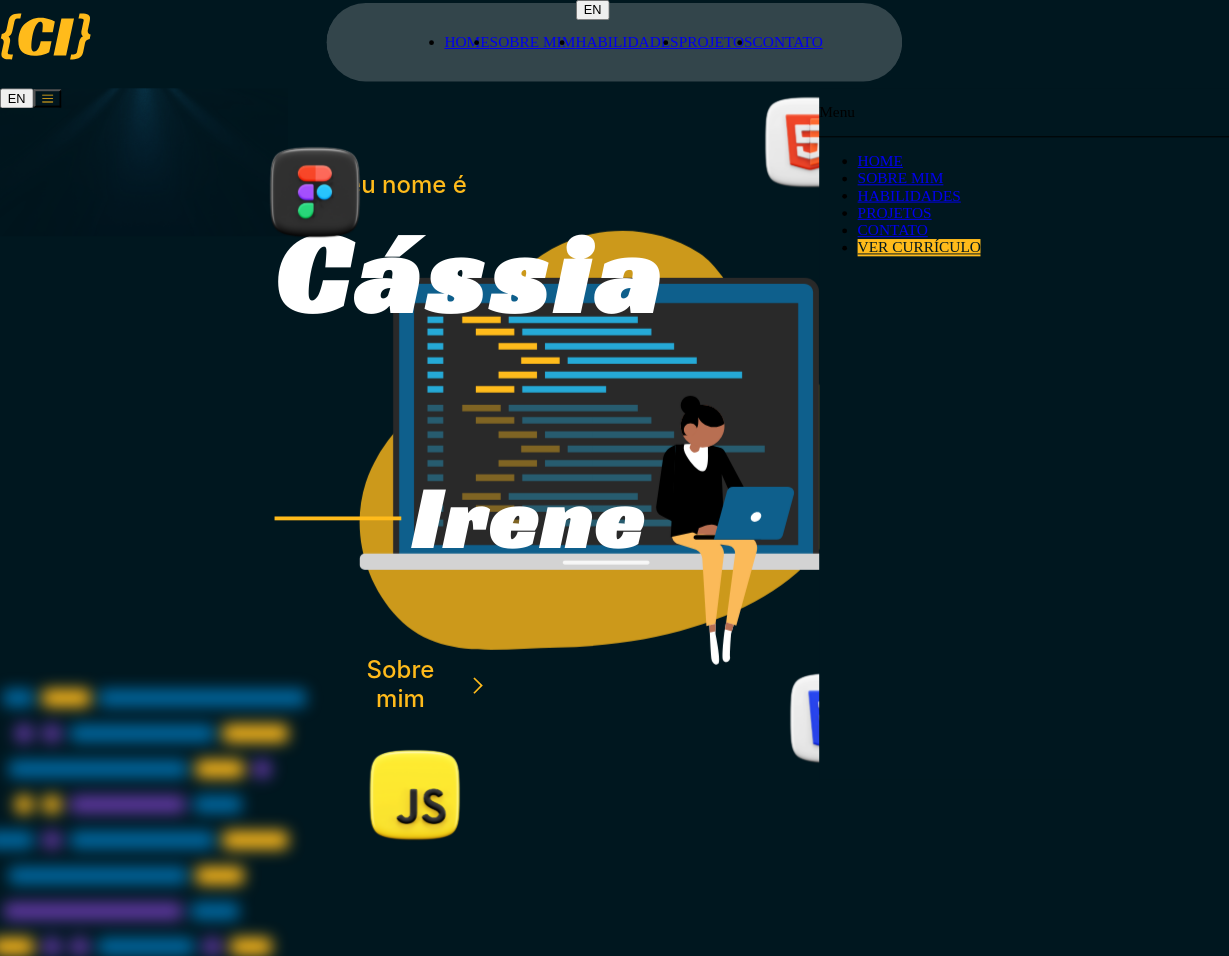
Repository: Cassia-Irene/My-Portfolio
Page: /
The author's editor kept a copy of each file at every save. The page is drawn from the files as they stood at one save, then again after the next save.
The browser window is 1280 px wide. The pictures show the whole page, at 96% of full size.
The project was rebuilt for these pictures with package versions that can differ from the ones it lists, and the page was loaded fresh each time. Also part of the build but not shown: vite.config.ts.

Above is the page before, as saved 2025-12-09 01:28:54.

After the next save:
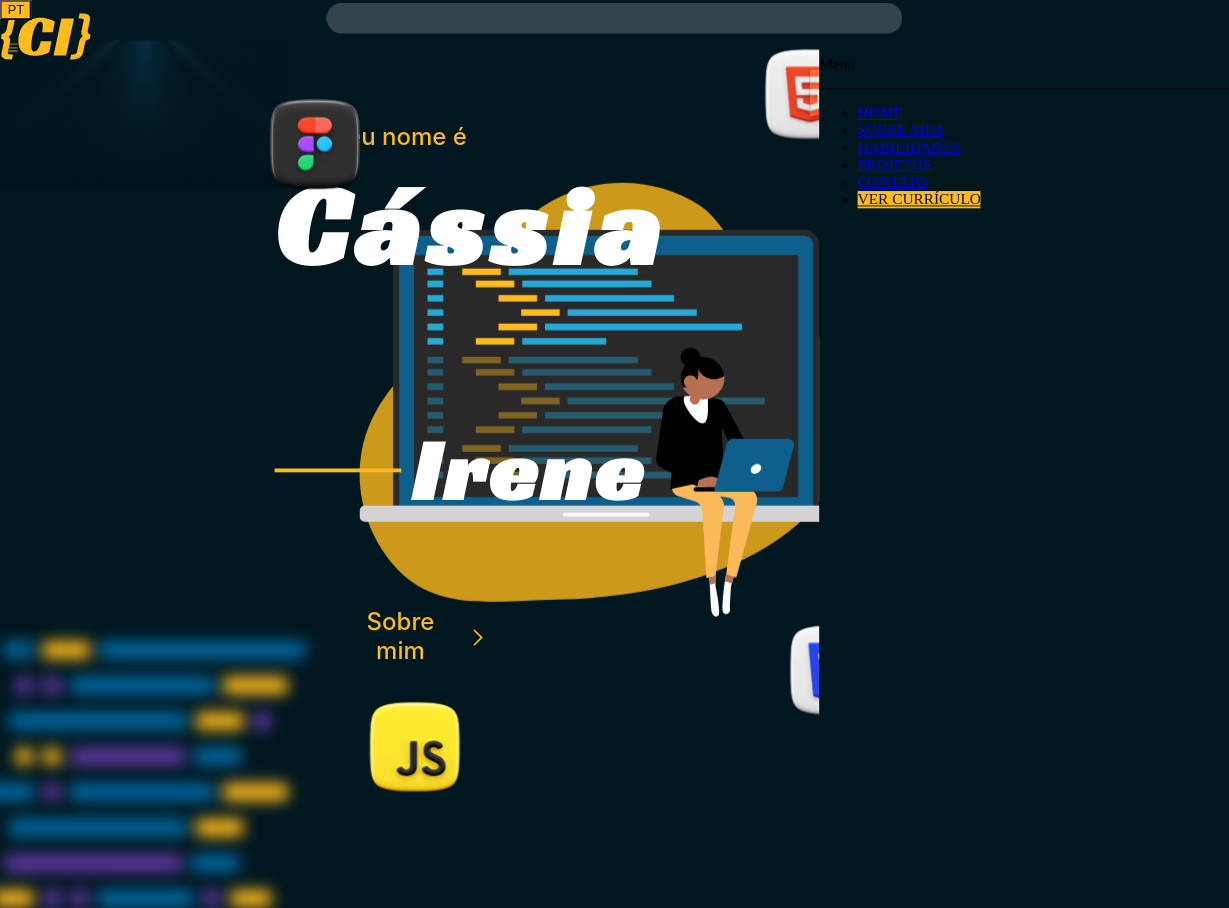
Saved 93 s later.
--- a/src/Header.tsx
+++ b/src/Header.tsx
@@ -3,23 +3,19 @@
 import { IoClose } from "react-icons/io5";
 import StarBorder from "./components/StarBorder";
 
-// Logo
+// Importe sua logo real
 import LogoImg from "../public/logo.svg";
 
 const Header: React.FC = () => {
   const [menuOpen, setMenuOpen] = useState(false);
-  const [lang, setLang] = useState<"pt" | "en">("pt");
-
-  const toggleLanguage = () => {
-    setLang((prev) => (prev === "pt" ? "en" : "pt"));
-  };
+  const [lang, setLang] = useState("PT");
 
   const navItems = [
-    { name: lang === "pt" ? "HOME" : "HOME", id: "section-01" },
-    { name: lang === "pt" ? "SOBRE MIM" : "ABOUT", id: "section-02" },
-    { name: lang === "pt" ? "HABILIDADES" : "SKILLS", id: "section-03" },
-    { name: lang === "pt" ? "PROJETOS" : "PROJECTS", id: "section-04" },
-    { name: lang === "pt" ? "CONTATO" : "CONTACT", id: "section-05" },
+    { name: "HOME", id: "section-01" },
+    { name: "SOBRE MIM", id: "section-02" },
+    { name: "HABILIDADES", id: "section-03" },
+    { name: "PROJETOS", id: "section-04" },
+    { name: "CONTATO", id: "section-05" },
   ];
 
   const scrollToSection = (id: string) => {
@@ -34,7 +30,8 @@
     return (
       <button
         onClick={onClick}
-        className="flex justify-center items-center w-10 h-10 bg-transparent cursor-pointer"
+        className="flex flex-col justify-center items-center w-10 h-10 bg-transparent border-none cursor-pointer"
+        aria-label={active ? "Fechar Menu" : "Abrir Menu"}
       >
         {active ? (
           <IoClose className="text-3xl text-white" />
@@ -47,33 +44,63 @@
 
   return (
     <>
-      {/* ==== LOGO (fixo esquerda) ==== */}
+      {/* LOGO */}
       <a
         href="#top"
-        onClick={() => scrollToSection("top")}
-        className="fixed top-12 left-16 w-[95px] h-[76px] z-[1001]
+        className="fixed top-12 left-16 w-[95px] h-[76px] z-[1001] transition-all duration-300
                    md:w-[80px] md:h-[64px] md:left-10
                    sm:left-5"
+        onClick={() => scrollToSection('top')}
       >
         <img src={LogoImg} alt="Logo Cássia Irene" className="w-full h-full" />
       </a>
 
-      {/* ==== NAV DESKTOP ==== */}
+      {/* BOTÃO DE IDIOMA — DESKTOP (CANTO SUPERIOR DIREITO) */}
+      <button
+        onClick={() => setLang(lang === "PT" ? "EN" : "PT")}
+        className="
+          hidden md:flex
+          fixed top-12 right-16
+          z-[1001]
+          bg-[#FFBB1B] text-[#00171F]
+          px-4 py-2 rounded-xl font-bold
+          hover:bg-yellow-500 transition-all duration-300
+        "
+      >
+        {lang}
+      </button>
+
+      {/* BOTÃO DE IDIOMA — MOBILE (CANTO SUPERIOR ESQUERDO) */}
+      <button
+        onClick={() => setLang(lang === "PT" ? "EN" : "PT")}
+        className="
+          md:hidden
+          fixed top-4 left-4
+          z-[1001]
+          bg-[#FFBB1B] text-[#00171F]
+          px-3 py-1.5 rounded-lg font-bold
+          hover:bg-yellow-500 transition-all duration-300
+        "
+      >
+        {lang}
+      </button>
+
+      {/* NAVBAR CENTRAL DESKTOP */}
       <StarBorder
         as="div"
         color="cyan"
         speed="4s"
-        className="fixed top-12 left-1/2 -translate-x-1/2 z-10 w-[60%] max-w-[600px]"
+        className="fixed top-12 left-1/2 -translate-x-1/2 z-10 w-[60%] max-w-[600px] "
       >
-        <header className="flex justify-center items-center">
-          <nav className="flex">
+        <header className="hidden md:flex justify-center items-center">
+          <nav>
             <ul className="flex gap-7">
               {navItems.map((item) => (
                 <li key={item.id}>
                   <a
                     href={`#${item.id}`}
                     onClick={(e) => { e.preventDefault(); scrollToSection(item.id); }}
-                    className="text-white font-racing text-lg hover:text-[#00e1ff] transition-all"
+                    className="text-white font-racing text-lg hover:opacity-100 hover:text-[#00e1ff] transition-all duration-300"
                   >
                     {item.name}
                   </a>
@@ -84,35 +111,15 @@
         </header>
       </StarBorder>
 
-      {/* ==== BOTÃO DE IDIOMA (DESKTOP) ==== */}
-      <button
-        onClick={toggleLanguage}
-        className="fixed top-12 right-16 text-white text-lg font-bold z-[1002]
-                   hover:text-[#00e1ff] transition-all duration-300
-                   md:right-10 sm:hidden"
-      >
-        {lang === "pt" ? "EN" : "PT"}
-      </button>
-
-      {/* ==== BOTÕES MOBILE (idioma + hamburguer) ==== */}
-      <div className="fixed top-8 right-5 flex items-center gap-4 z-[1002] md:hidden">
-
-        {/* Botão de idioma à ESQUERDA no mobile */}
-        <button
-          onClick={toggleLanguage}
-          className="text-white text-xl font-bold hover:text-[#00e1ff] transition-all"
-        >
-          {lang === "pt" ? "EN" : "PT"}
-        </button>
-
-        {/* Botão hamburguer */}
+      {/* BOTÃO HAMBURGER MOBILE */}
+      <div className="fixed top-4 right-5 z-[1001] md:hidden">
         <AnimatedHamburgerButton
           onClick={() => setMenuOpen(!menuOpen)}
           active={menuOpen}
         />
       </div>
 
-      {/* ==== MENU MOBILE ==== */}
+      {/* MENU LATERAL MOBILE */}
       <div
         className={`fixed top-0 right-0 h-full w-2/3 max-w-sm
                     bg-[#00171F] shadow-lg z-[1002]
@@ -121,7 +128,7 @@
                     md:hidden`}
       >
         <div className="flex justify-between items-center p-4 border-b border-gray-700">
-          <p className="font-bold text-lg text-white">{lang === "pt" ? "Menu" : "Menu"}</p>
+          <p className="font-bold text-lg text-white">Menu</p>
           <button
             onClick={() => setMenuOpen(false)}
             className="text-3xl text-[#FFBB1B] hover:text-white"
@@ -135,8 +142,11 @@
             <li key={item.id}>
               <a
                 href={`#${item.id}`}
-                className="text-white text-xl font-medium hover:text-[#FFBB1B]"
-                onClick={(e) => { e.preventDefault(); scrollToSection(item.id); }}
+                className="text-white text-xl font-medium hover:text-[#FFBB1B] block py-2 transition-colors duration-200"
+                onClick={(e) => {
+                  e.preventDefault();
+                  scrollToSection(item.id);
+                }}
               >
                 {item.name}
               </a>
@@ -148,9 +158,9 @@
               href="/curriculo.pdf"
               target="_blank"
               rel="noopener noreferrer"
-              className="inline-block px-4 py-2 bg-[#FFBB1B] text-[#00171F] font-bold rounded-lg hover:bg-yellow-600 transition-colors"
+              className="inline-block px-4 py-2 bg-[#FFBB1B] text-[#00171F] font-bold rounded-lg hover:bg-yellow-600 transition-colors duration-200"
             >
-              {lang === "pt" ? "VER CURRÍCULO" : "SEE RESUME"}
+              VER CURRÍCULO
             </a>
           </li>
         </ul>

After the save that followed:
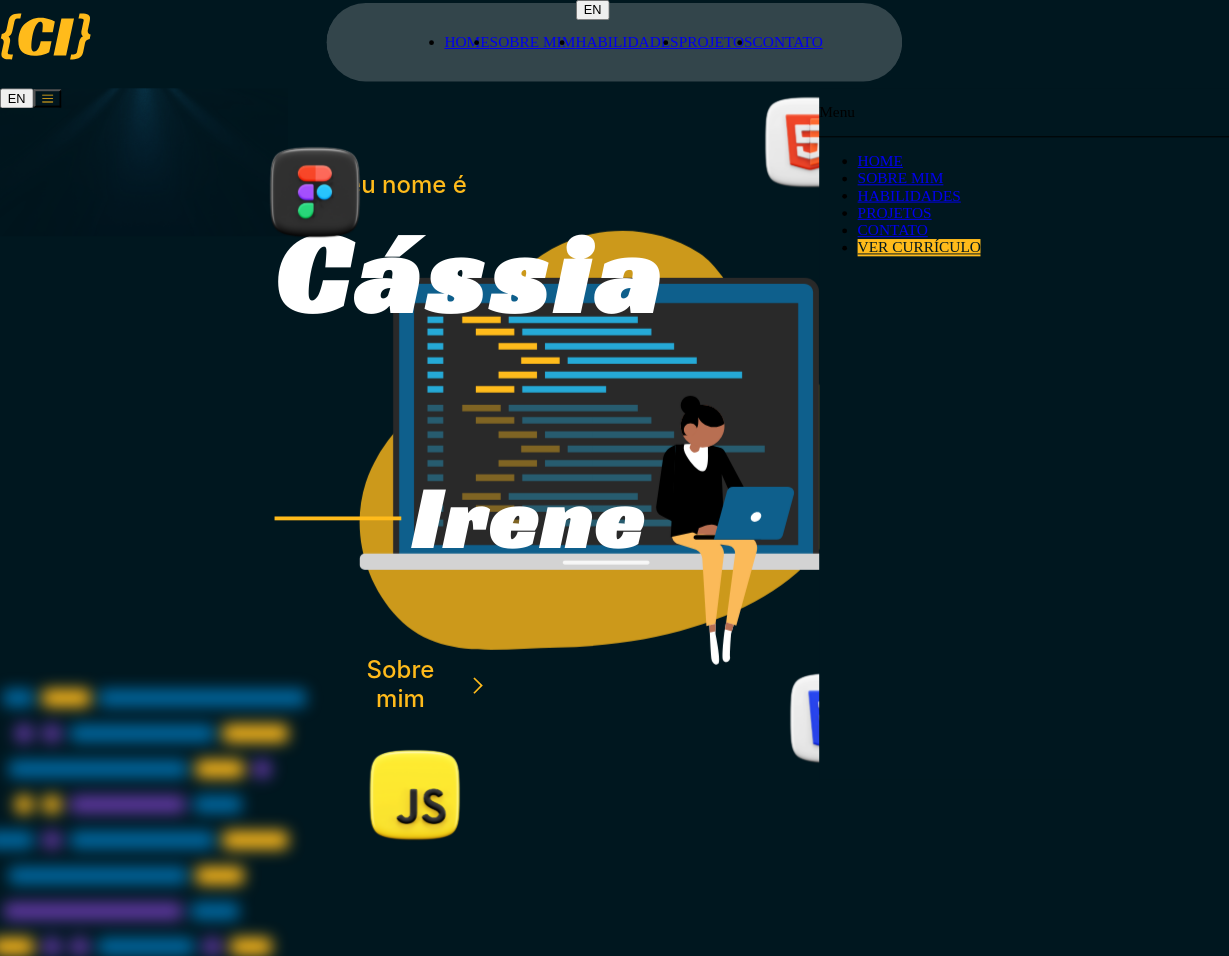
Saved 33 s later.
--- a/src/Header.tsx
+++ b/src/Header.tsx
@@ -3,19 +3,23 @@
 import { IoClose } from "react-icons/io5";
 import StarBorder from "./components/StarBorder";
 
-// Importe sua logo real
+// Logo
 import LogoImg from "../public/logo.svg";
 
 const Header: React.FC = () => {
   const [menuOpen, setMenuOpen] = useState(false);
-  const [lang, setLang] = useState("PT");
+  const [lang, setLang] = useState<"pt" | "en">("pt");
+
+  const toggleLanguage = () => {
+    setLang((prev) => (prev === "pt" ? "en" : "pt"));
+  };
 
   const navItems = [
-    { name: "HOME", id: "section-01" },
-    { name: "SOBRE MIM", id: "section-02" },
-    { name: "HABILIDADES", id: "section-03" },
-    { name: "PROJETOS", id: "section-04" },
-    { name: "CONTATO", id: "section-05" },
+    { name: lang === "pt" ? "HOME" : "HOME", id: "section-01" },
+    { name: lang === "pt" ? "SOBRE MIM" : "ABOUT", id: "section-02" },
+    { name: lang === "pt" ? "HABILIDADES" : "SKILLS", id: "section-03" },
+    { name: lang === "pt" ? "PROJETOS" : "PROJECTS", id: "section-04" },
+    { name: lang === "pt" ? "CONTATO" : "CONTACT", id: "section-05" },
   ];
 
   const scrollToSection = (id: string) => {
@@ -30,8 +34,7 @@
     return (
       <button
         onClick={onClick}
-        className="flex flex-col justify-center items-center w-10 h-10 bg-transparent border-none cursor-pointer"
-        aria-label={active ? "Fechar Menu" : "Abrir Menu"}
+        className="flex justify-center items-center w-10 h-10 bg-transparent cursor-pointer"
       >
         {active ? (
           <IoClose className="text-3xl text-white" />
@@ -44,63 +47,33 @@
 
   return (
     <>
-      {/* LOGO */}
+      {/* ==== LOGO (fixo esquerda) ==== */}
       <a
         href="#top"
-        className="fixed top-12 left-16 w-[95px] h-[76px] z-[1001] transition-all duration-300
+        onClick={() => scrollToSection("top")}
+        className="fixed top-12 left-16 w-[95px] h-[76px] z-[1001]
                    md:w-[80px] md:h-[64px] md:left-10
                    sm:left-5"
-        onClick={() => scrollToSection('top')}
       >
         <img src={LogoImg} alt="Logo Cássia Irene" className="w-full h-full" />
       </a>
 
-      {/* BOTÃO DE IDIOMA — DESKTOP (CANTO SUPERIOR DIREITO) */}
-      <button
-        onClick={() => setLang(lang === "PT" ? "EN" : "PT")}
-        className="
-          hidden md:flex
-          fixed top-12 right-16
-          z-[1001]
-          bg-[#FFBB1B] text-[#00171F]
-          px-4 py-2 rounded-xl font-bold
-          hover:bg-yellow-500 transition-all duration-300
-        "
-      >
-        {lang}
-      </button>
-
-      {/* BOTÃO DE IDIOMA — MOBILE (CANTO SUPERIOR ESQUERDO) */}
-      <button
-        onClick={() => setLang(lang === "PT" ? "EN" : "PT")}
-        className="
-          md:hidden
-          fixed top-4 left-4
-          z-[1001]
-          bg-[#FFBB1B] text-[#00171F]
-          px-3 py-1.5 rounded-lg font-bold
-          hover:bg-yellow-500 transition-all duration-300
-        "
-      >
-        {lang}
-      </button>
-
-      {/* NAVBAR CENTRAL DESKTOP */}
+      {/* ==== NAV DESKTOP ==== */}
       <StarBorder
         as="div"
         color="cyan"
         speed="4s"
-        className="fixed top-12 left-1/2 -translate-x-1/2 z-10 w-[60%] max-w-[600px] "
+        className="fixed top-12 left-1/2 -translate-x-1/2 z-10 w-[60%] max-w-[600px]"
       >
-        <header className="hidden md:flex justify-center items-center">
-          <nav>
+        <header className="flex justify-center items-center">
+          <nav className="flex">
             <ul className="flex gap-7">
               {navItems.map((item) => (
                 <li key={item.id}>
                   <a
                     href={`#${item.id}`}
                     onClick={(e) => { e.preventDefault(); scrollToSection(item.id); }}
-                    className="text-white font-racing text-lg hover:opacity-100 hover:text-[#00e1ff] transition-all duration-300"
+                    className="text-white font-racing text-lg hover:text-[#00e1ff] transition-all"
                   >
                     {item.name}
                   </a>
@@ -111,15 +84,35 @@
         </header>
       </StarBorder>
 
-      {/* BOTÃO HAMBURGER MOBILE */}
-      <div className="fixed top-4 right-5 z-[1001] md:hidden">
+      {/* ==== BOTÃO DE IDIOMA (DESKTOP) ==== */}
+      <button
+        onClick={toggleLanguage}
+        className="fixed top-12 right-16 text-white text-lg font-bold z-[1002]
+                   hover:text-[#00e1ff] transition-all duration-300
+                   md:right-10 sm:hidden"
+      >
+        {lang === "pt" ? "EN" : "PT"}
+      </button>
+
+      {/* ==== BOTÕES MOBILE (idioma + hamburguer) ==== */}
+      <div className="fixed top-8 right-5 flex items-center gap-4 z-[1002] md:hidden">
+
+        {/* Botão de idioma à ESQUERDA no mobile */}
+        <button
+          onClick={toggleLanguage}
+          className="text-white text-xl font-bold hover:text-[#00e1ff] transition-all"
+        >
+          {lang === "pt" ? "EN" : "PT"}
+        </button>
+
+        {/* Botão hamburguer */}
         <AnimatedHamburgerButton
           onClick={() => setMenuOpen(!menuOpen)}
           active={menuOpen}
         />
       </div>
 
-      {/* MENU LATERAL MOBILE */}
+      {/* ==== MENU MOBILE ==== */}
       <div
         className={`fixed top-0 right-0 h-full w-2/3 max-w-sm
                     bg-[#00171F] shadow-lg z-[1002]
@@ -128,7 +121,7 @@
                     md:hidden`}
       >
         <div className="flex justify-between items-center p-4 border-b border-gray-700">
-          <p className="font-bold text-lg text-white">Menu</p>
+          <p className="font-bold text-lg text-white">{lang === "pt" ? "Menu" : "Menu"}</p>
           <button
             onClick={() => setMenuOpen(false)}
             className="text-3xl text-[#FFBB1B] hover:text-white"
@@ -142,11 +135,8 @@
             <li key={item.id}>
               <a
                 href={`#${item.id}`}
-                className="text-white text-xl font-medium hover:text-[#FFBB1B] block py-2 transition-colors duration-200"
-                onClick={(e) => {
-                  e.preventDefault();
-                  scrollToSection(item.id);
-                }}
+                className="text-white text-xl font-medium hover:text-[#FFBB1B]"
+                onClick={(e) => { e.preventDefault(); scrollToSection(item.id); }}
               >
                 {item.name}
               </a>
@@ -158,9 +148,9 @@
               href="/curriculo.pdf"
               target="_blank"
               rel="noopener noreferrer"
-              className="inline-block px-4 py-2 bg-[#FFBB1B] text-[#00171F] font-bold rounded-lg hover:bg-yellow-600 transition-colors duration-200"
+              className="inline-block px-4 py-2 bg-[#FFBB1B] text-[#00171F] font-bold rounded-lg hover:bg-yellow-600 transition-colors"
             >
-              VER CURRÍCULO
+              {lang === "pt" ? "VER CURRÍCULO" : "SEE RESUME"}
             </a>
           </li>
         </ul>
